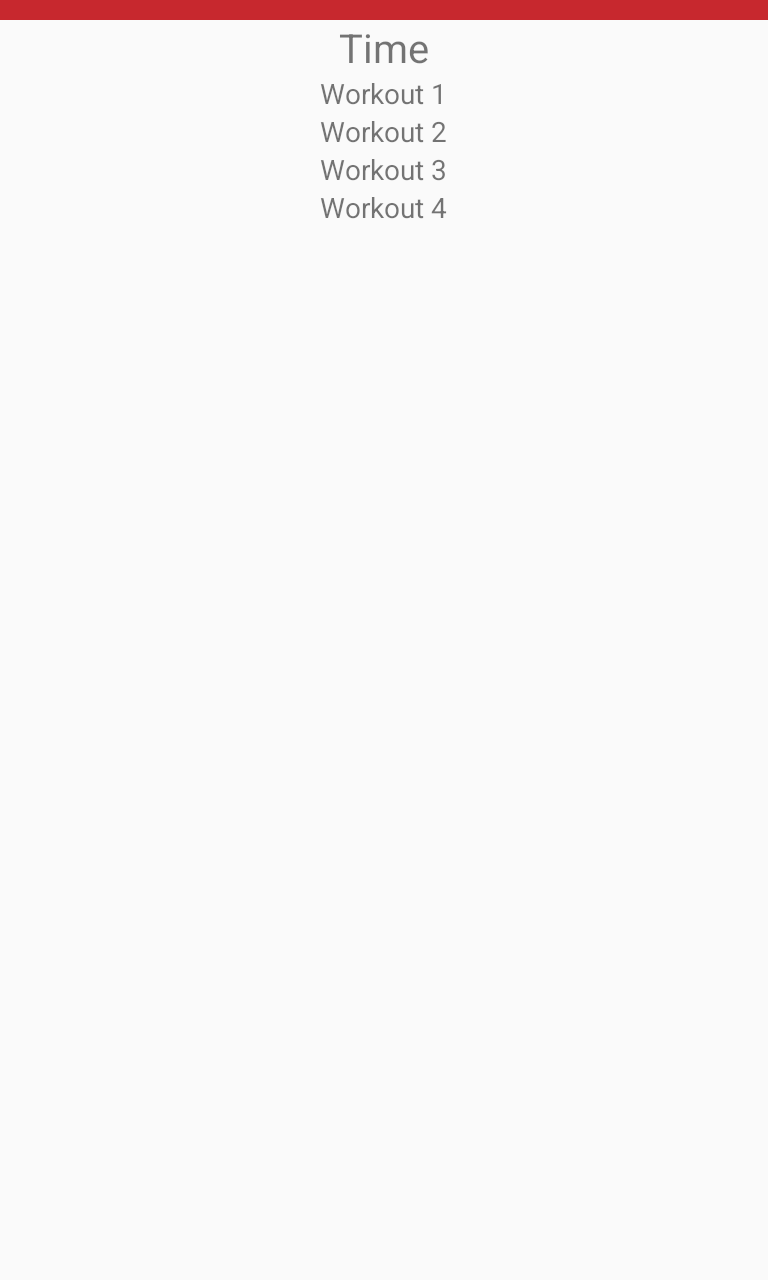
Repository: hackathon-2014/devdroid-repo
Layout: HealthyCompetition/res/layout/battlefield_layout.xml
The author's editor kept a copy of each file at every save. The layout is drawn from the files as they stood at one save, then again after the next save.
It is drawn on a 768 x 1280 px phone screen (xhdpi) without system bars, with theme AppTheme; the app's code is not run.

Above is the layout before, as saved 2014-08-23 18:49:42.

### HealthyCompetition/res/layout/battlefield_layout.xml
<?xml version="1.0" encoding="utf-8"?>
<LinearLayout xmlns:android="http://schemas.android.com/apk/res/android"
    android:layout_width="match_parent"
    android:layout_height="match_parent"
    android:orientation="vertical" >

    <RelativeLayout
        android:id="@+id/relative_layout_versus"
        android:layout_width="match_parent"
        android:layout_height="wrap_content" >

        <ImageView
            android:id="@+id/versus_image"
            android:layout_width="match_parent"
            android:layout_height="10dp"
            android:background="@color/light_red" />

        <TextView
            android:id="@+id/time_view"
            android:layout_width="wrap_content"
            android:layout_height="wrap_content"
            android:layout_below="@+id/versus_image"
            android:layout_centerHorizontal="true"
            android:text="Time"
            android:textSize="20dp" />
    </RelativeLayout>

    <RelativeLayout
        android:id="@+id/workout_layout_one"
        android:layout_width="match_parent"
        android:layout_height="wrap_content"
        android:orientation="vertical" >

        <TextView
            android:id="@+id/workout_one"
            android:layout_width="wrap_content"
            android:layout_height="wrap_content"
            android:layout_centerHorizontal="true"
            android:text="Workout 1" />
    </RelativeLayout>

    <RelativeLayout
        android:id="@+id/workout_layout_two"
        android:layout_width="match_parent"
        android:layout_height="wrap_content"
        android:orientation="vertical" >

        <TextView
            android:id="@+id/workout_two"
            android:layout_width="wrap_content"
            android:layout_height="wrap_content"
            android:layout_centerHorizontal="true"
            android:text="Workout 2" />
    </RelativeLayout>

    <RelativeLayout
        android:id="@+id/workout_layout_three"
        android:layout_width="match_parent"
        android:layout_height="wrap_content"
        android:orientation="vertical" >

        <TextView
            android:id="@+id/workout_three"
            android:layout_width="wrap_content"
            android:layout_height="wrap_content"
            android:layout_centerHorizontal="true"
            android:text="Workout 3" />
    </RelativeLayout>

    <RelativeLayout
        android:id="@+id/workout_layout_four"
        android:layout_width="match_parent"
        android:layout_height="wrap_content"
        android:orientation="vertical" >

        <TextView
            android:id="@+id/workout_four"
            android:layout_width="wrap_content"
            android:layout_height="wrap_content"
            android:layout_centerHorizontal="true"
            android:text="Workout 4" />
    </RelativeLayout>

</LinearLayout>

### HealthyCompetition/res/values/color.xml
<?xml version="1.0" encoding="utf-8"?>
<resources>
    <color name= "light_red">#C7282E</color>
</resources>

Loaded but not shown: HealthyCompetition/res/values/styles.xml (common file); HealthyCompetition/res/values-v11/styles.xml (common file); HealthyCompetition/res/values-v14/styles.xml (common file)

After the next save:
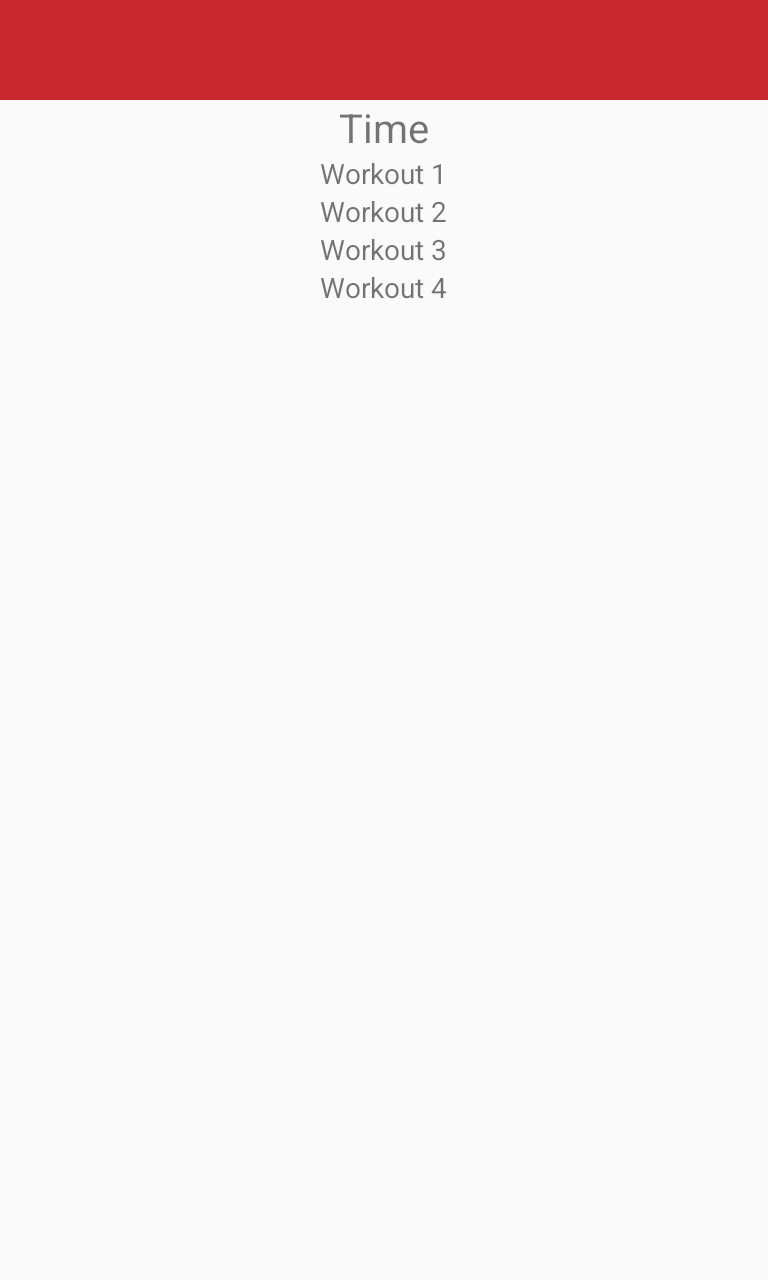
Saved 6 s later.
--- a/HealthyCompetition/res/layout/battlefield_layout.xml
+++ b/HealthyCompetition/res/layout/battlefield_layout.xml
@@ -12,7 +12,7 @@
         <ImageView
             android:id="@+id/versus_image"
             android:layout_width="match_parent"
-            android:layout_height="10dp"
+            android:layout_height="50dp"
             android:background="@color/light_red" />
 
         <TextView
